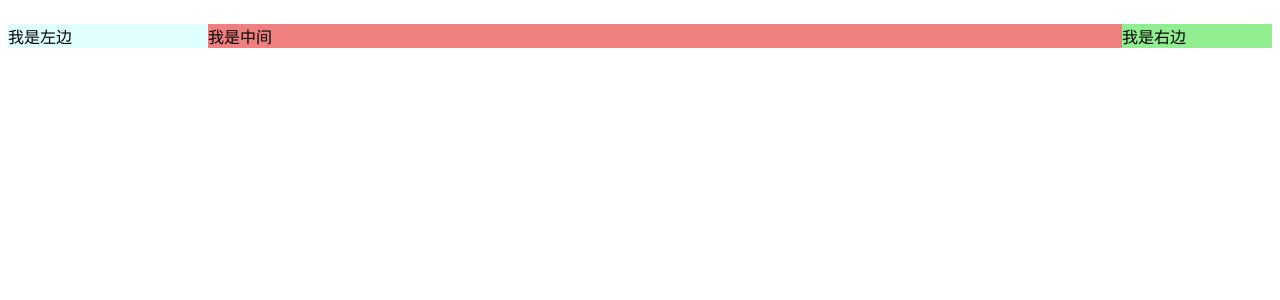
Repository: ljwrookie/Front-end-interview-handwritten-code
Page: 圣杯布局.html
An editor plug-in stored every save of this project. The page is shown before and after the next save, followed by the edit.
The browser window is 1280 px wide. The pictures show the whole page.

Above is the page before, as saved 2022-04-07 11:50:26.

### 圣杯布局.html
<!DOCTYPE html>
<html lang="en">
	<head>
		<meta charset="UTF-8" />
		<meta http-equiv="X-UA-Compatible" content="IE=edge" />
		<meta name="viewport" content="width=device-width, initial-scale=1.0" />
		<title>圣杯布局</title>
		<style>
			#container {
				padding-left: 200px;
				padding-right: 150px;
				overflow: auto;
			}
			#container p {
				float: left;
			}
			.center {
				width: 100%;
				background-color: lightcoral;
			}
			.left {
				width: 200px;
				position: relative;
				left: -200px;
				margin-left: -100%;
				background-color: lightcyan;
			}
			.right {
				width: 150px;
				margin-right: -150px;
				background-color: lightgreen;
			}
			.clearfix:after {
				content: "";
				display: table;
				clear: both;
			}
		</style>
	</head>
	<body>
		<div id="container" class="clearfix">
			<p class="center">我是中间</p>
			<p class="left">我是左边</p>
			<p class="right">我是右边</p>
		</div>
	</body>
</html>

After the next save:
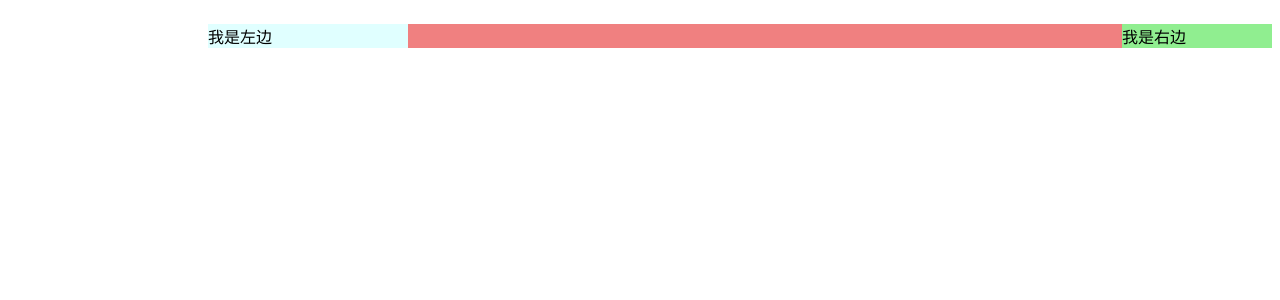
Saved 88 s later.
--- a/圣杯布局.html
+++ b/圣杯布局.html
@@ -20,7 +20,7 @@
 			}
 			.left {
 				width: 200px;
-				position: relative;
+				/* position: relative; */
 				left: -200px;
 				margin-left: -100%;
 				background-color: lightcyan;

After the save that followed:
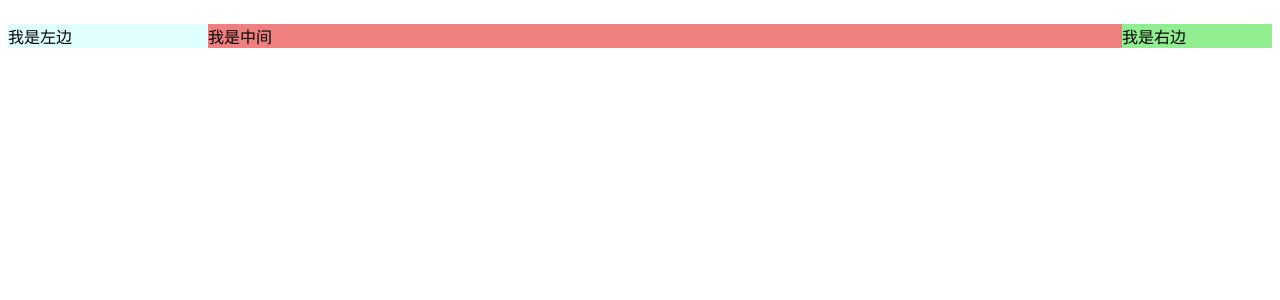
Saved 5 s later.
--- a/圣杯布局.html
+++ b/圣杯布局.html
@@ -20,7 +20,7 @@
 			}
 			.left {
 				width: 200px;
-				/* position: relative; */
+				position: relative;
 				left: -200px;
 				margin-left: -100%;
 				background-color: lightcyan;
